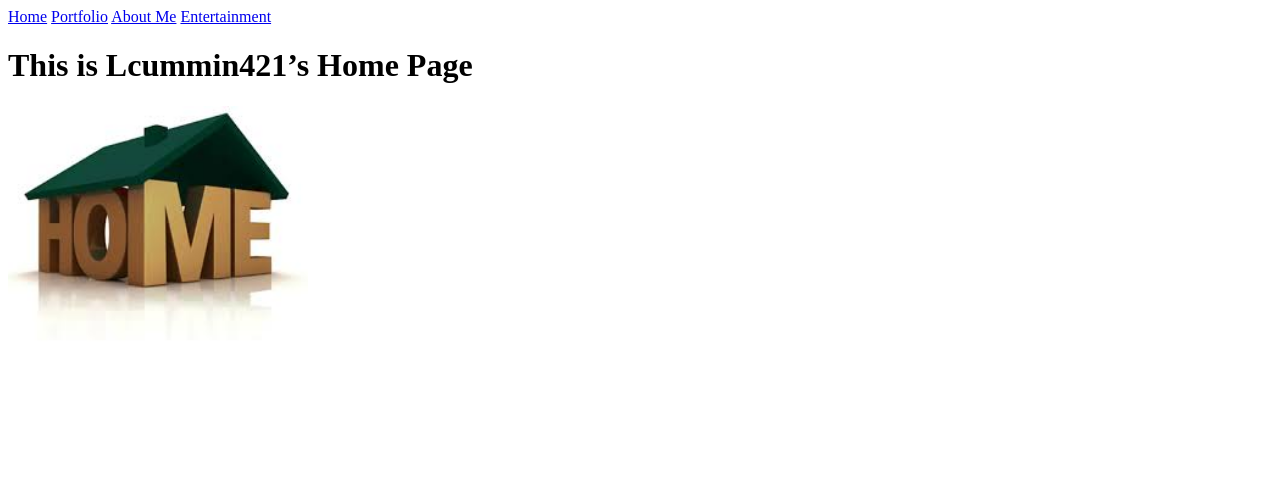
Repository: Lcummin421/Lcummin421.github.io
Page: my_website/index.html
The author's editor kept a record of every edit. The page is drawn from the files as they stood at one moment, then again after the next edit.
The browser window is 1280 px wide. The pictures show the whole page.

Above is the page before.

### my_website/index.html
<!doctype html>
<html lang="en">
  <head>
    <meta charset="utf-8">
    <title>Home</title>
  </head>
  <body>
    <a href="index.html">Home</a>
    <a href="portfolio.html">Portfolio</a>
    <a href="about.html">About Me</a>
    <a href="entertainment.html">Entertainment</a>
    <h1>This is Lcummin421’s Home Page</h1>
    <img src="images/home.jpg" height="250">
  </body>
</html>

After the next edit:
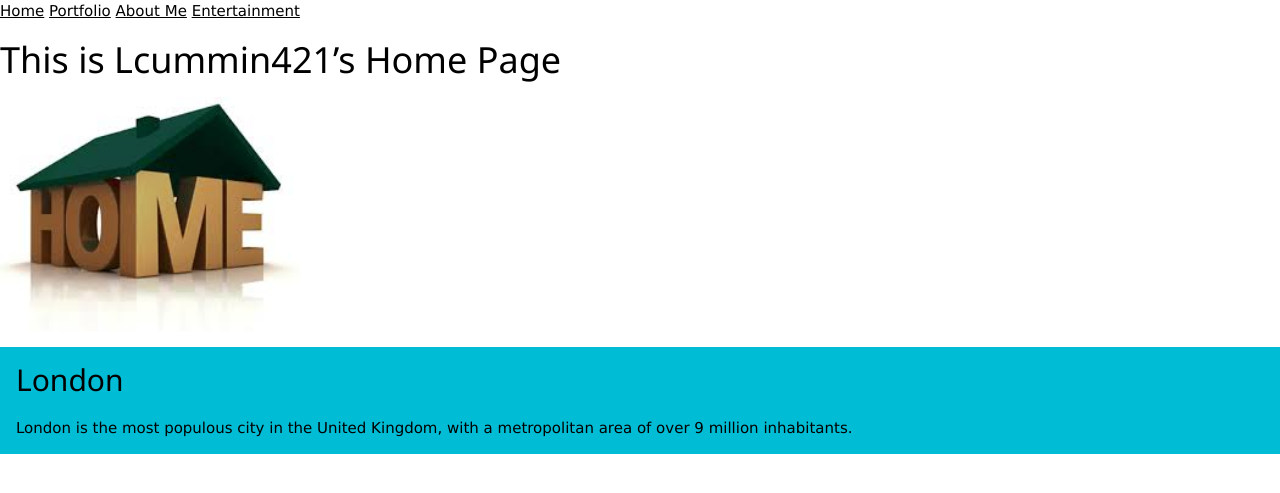
The edit:
--- a/my_website/index.html
+++ b/my_website/index.html
@@ -11,5 +11,17 @@
     <a href="entertainment.html">Entertainment</a>
     <h1>This is Lcummin421’s Home Page</h1>
     <img src="images/home.jpg" height="250">
-  </body>
+    <!DOCTYPE html>
+<html>
+<title>W3.CSS</title>
+<meta name="viewport" content="width=device-width, initial-scale=1">
+<link rel="stylesheet" href="https://www.w3schools.com/w3css/4/w3.css">
+<body>
+
+<div class="w3-container w3-cyan">
+  <h2>London</h2>
+  <p>London is the most populous city in the United Kingdom, with a metropolitan area of over 9 million inhabitants.</p>
+</div>
+
+</body>
 </html>
